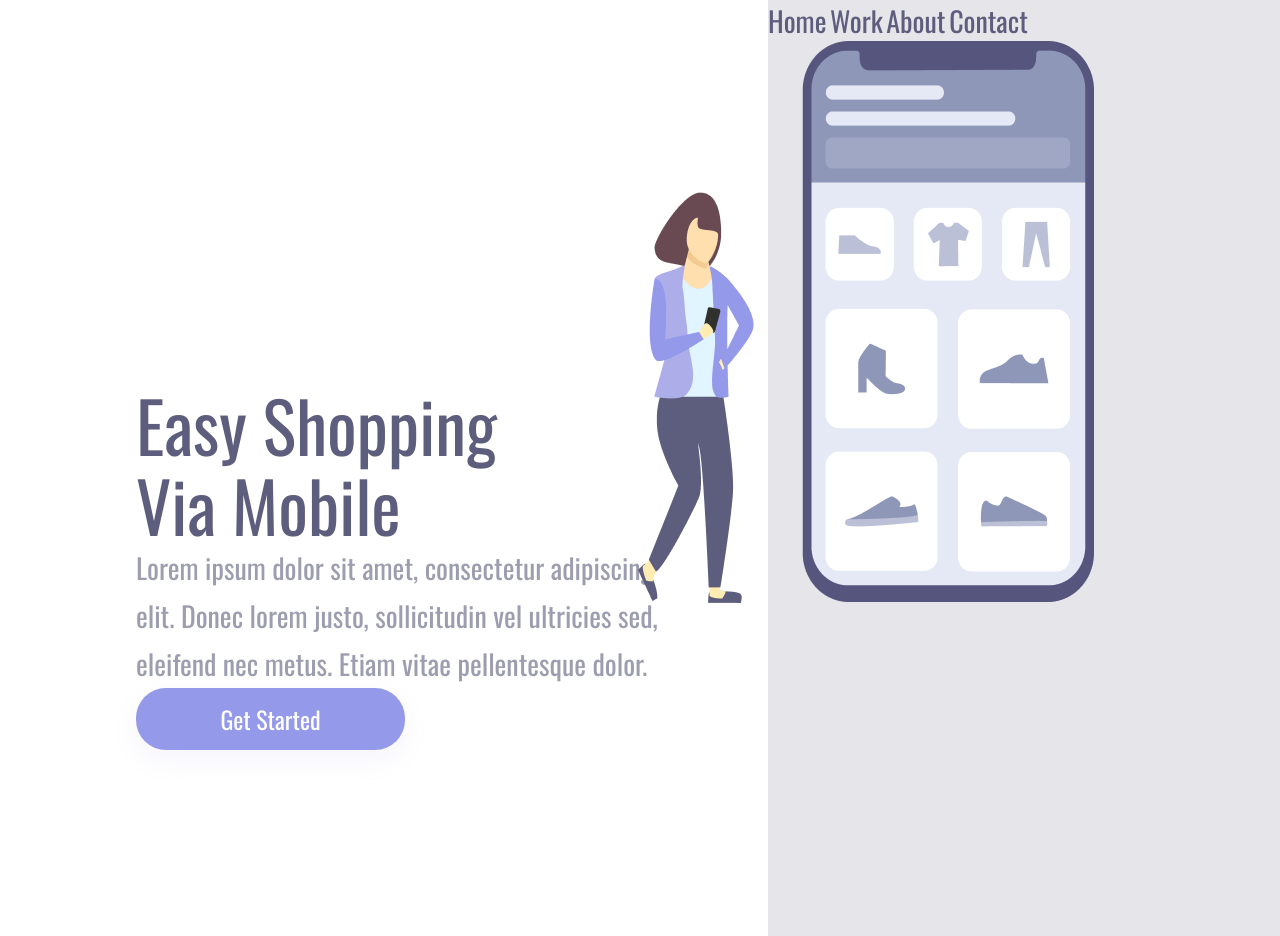
Repository: Leo-Marques-882/Projeto-Git-2
Page: index.html
These files come from the project's save history. The page is drawn as it stood at one moment and after the next save; the edit follows.
The browser window is 1280 px wide. The pictures show the whole page.

Above is the page before, as saved 2023-03-07 00:09:39.

After the next save:
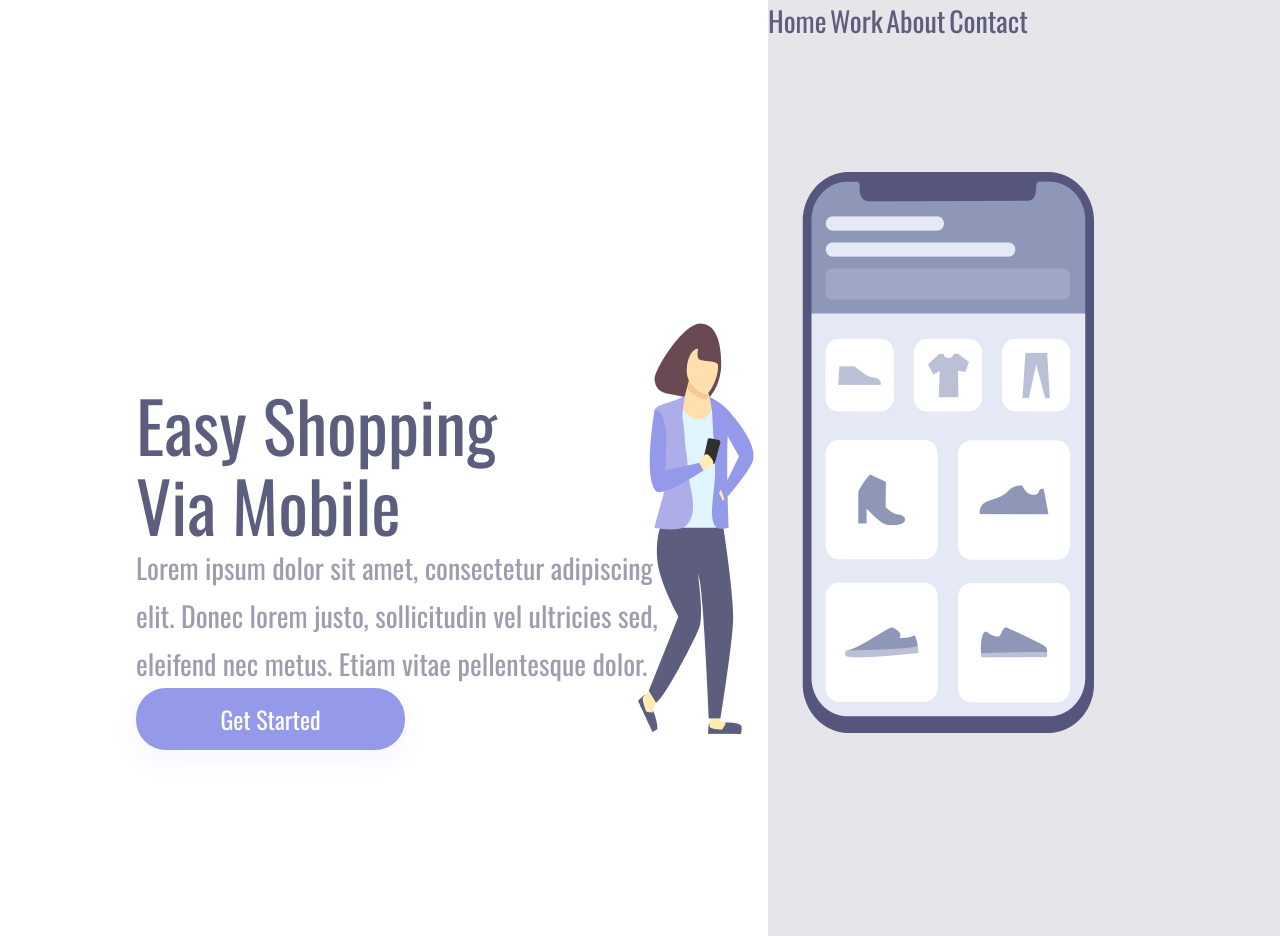
Saved 2 min 10 s later.
--- a/styless.css
+++ b/styless.css
@@ -77,6 +77,6 @@
 
 img {
     position: relative;
-    top: 0%;
+    top: 14%;
     right: 130px;
 }
